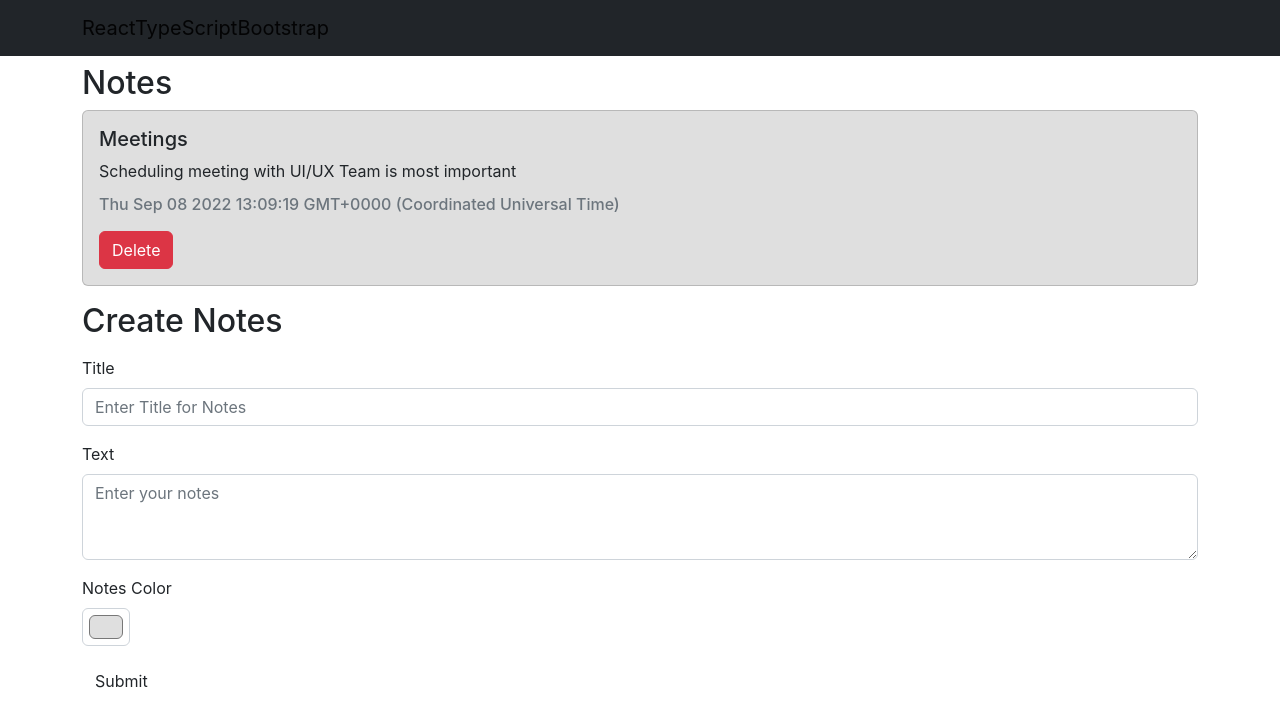
Repository: OmniaRafat232111121/notes
Page: /
An editor plug-in stored every save of this project. The page is shown before and after a run of saves, followed by the edit.
The browser window is 1280 px wide. The pictures show the whole page.
The project was rebuilt for these pictures with package versions that can differ from the ones it lists, and the page was loaded fresh each time. Also part of the build but not shown: src/App.css.

Above is the page before, as saved 2022-09-08 13:12:48.

After the next 6 saves:
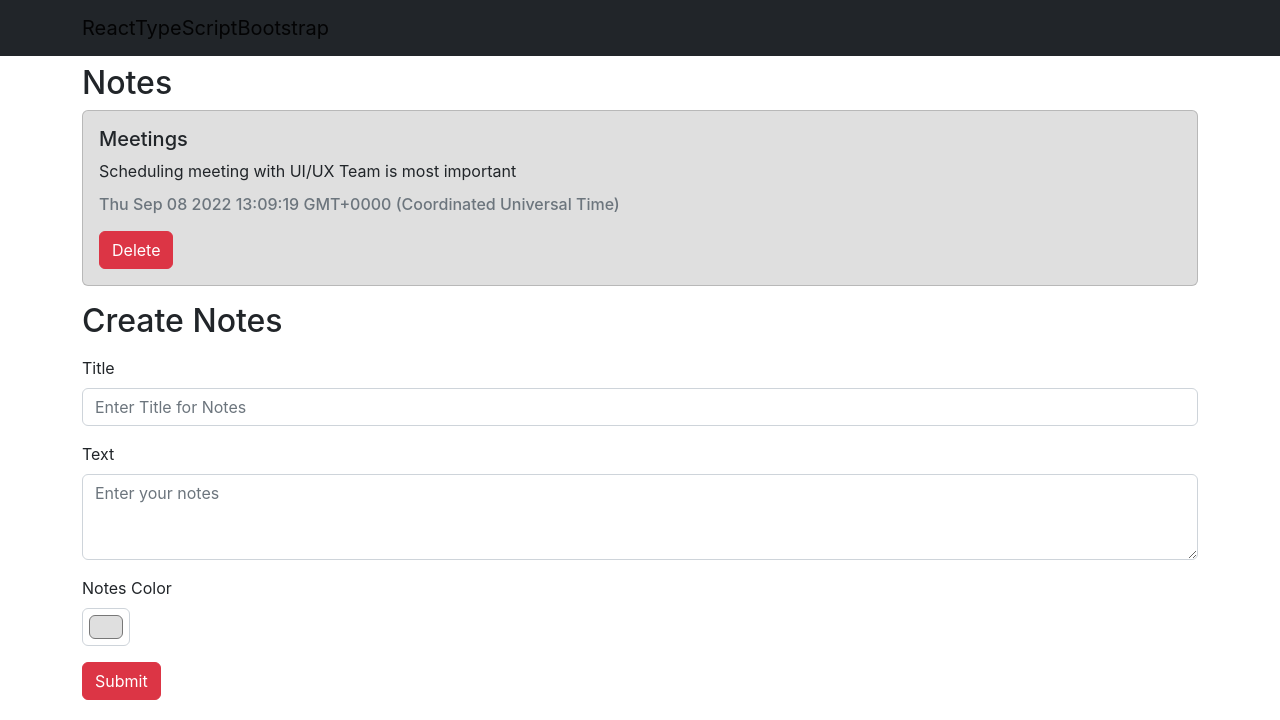
The 6 saves are shown as one change because they came seconds apart.
The last was saved 11 s later.
--- a/src/components/CreateNotes.tsx
+++ b/src/components/CreateNotes.tsx
@@ -25,7 +25,7 @@ const CreateNotes: React.FunctionComponent<ICreateNotesProps> = (props) => {
   <Form.Label htmlFor="colorInput">Notes Color</Form.Label>
   <Form.Control type="color" id="colorInput" defaultValue="#dfdfdf" title="Choose your color" />
   </Form.Group>
-<Button type="submit" variant="sucess">Submit</Button>
+<Button type="submit" variant="danger">Submit</Button>
 </Form>
 </>
   );
